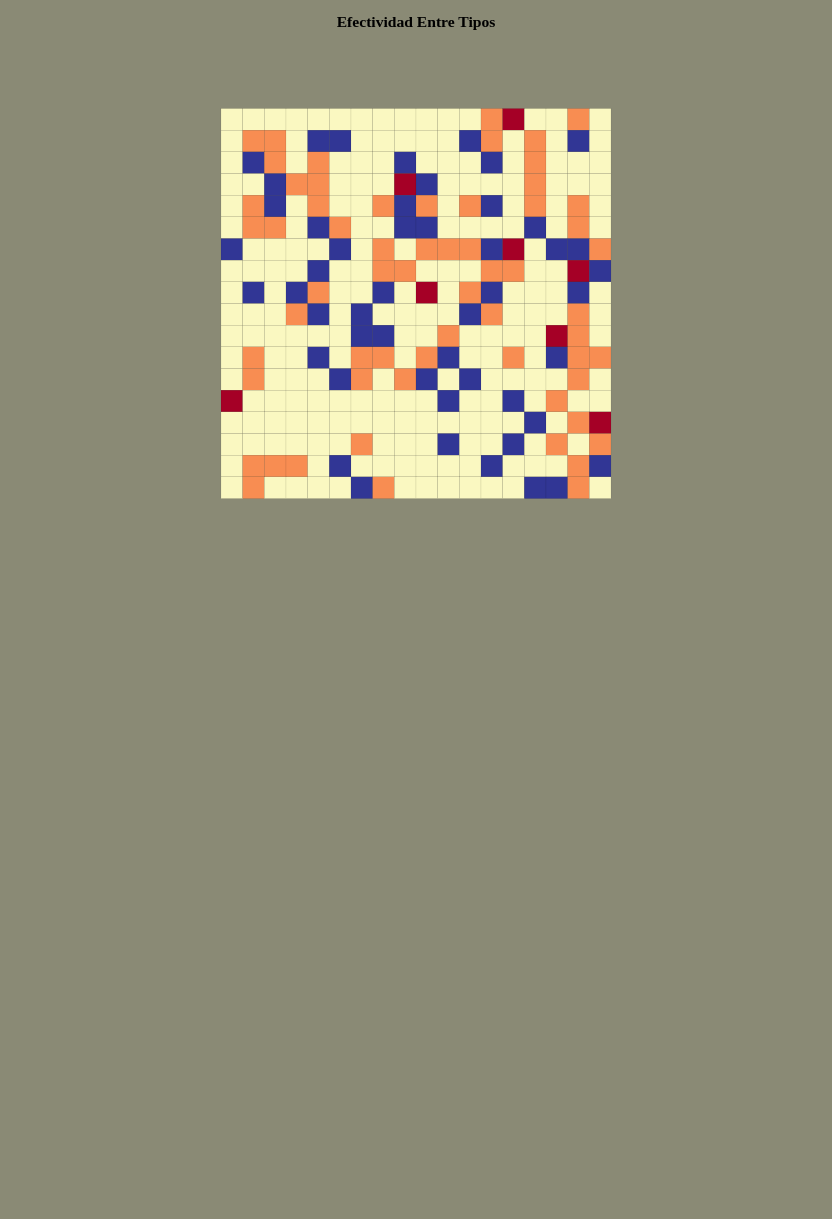
Repository: Cartterr/Proyecto-VisInfo
Page: Propuesta3_Mapa_Calor.html
These files come from the project's save history. The page is drawn as it stood at one moment and after the next save; the edit follows.
The browser window is 1280 px wide. The pictures show the whole page, at 65% of full size.

Above is the page before, as saved 2023-06-28 05:11:36.
Console error: ReferenceError: formattedData is not defined

After the next save:
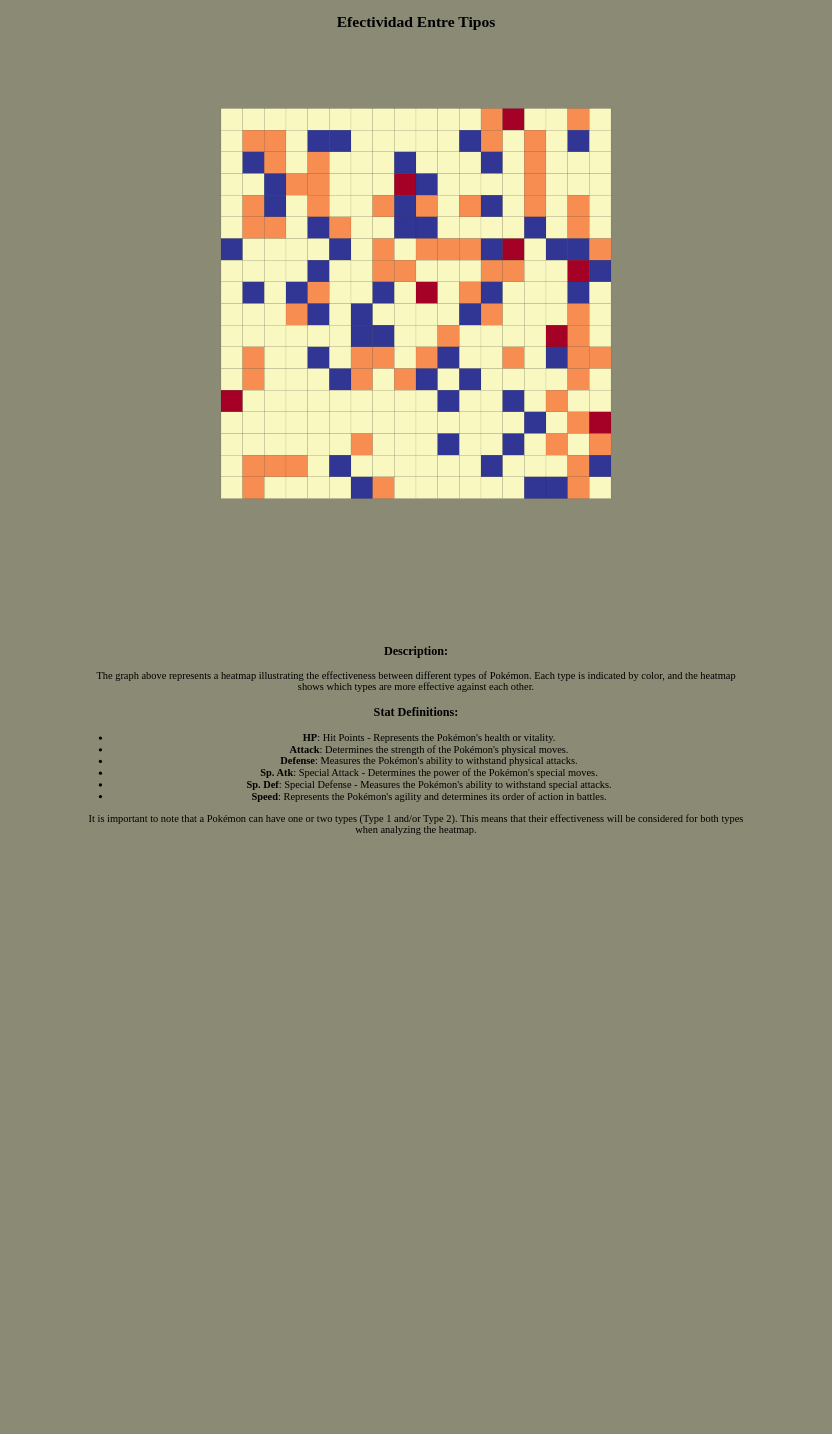
Saved 68 s later.
--- a/Propuesta3_Mapa_Calor.html
+++ b/Propuesta3_Mapa_Calor.html
@@ -17,5 +17,22 @@
             </div>
         </div>
         <script src="Propuesta3_Mapa_Calor.js"></script>
+
+        <div id="description">
+            <h3>Description:</h3>
+            <p>The graph above represents a heatmap illustrating the effectiveness between different types of Pokémon. Each type is indicated by color, and the heatmap shows which types are more effective against each other.</p>
+
+            <h3>Stat Definitions:</h3>
+            <ul>
+                <li><strong>HP</strong>: Hit Points - Represents the Pokémon's health or vitality.</li>
+                <li><strong>Attack</strong>: Determines the strength of the Pokémon's physical moves.</li>
+                <li><strong>Defense</strong>: Measures the Pokémon's ability to withstand physical attacks.</li>
+                <li><strong>Sp. Atk</strong>: Special Attack - Determines the power of the Pokémon's special moves.</li>
+                <li><strong>Sp. Def</strong>: Special Defense - Measures the Pokémon's ability to withstand special attacks.</li>
+                <li><strong>Speed</strong>: Represents the Pokémon's agility and determines its order of action in battles.</li>
+            </ul>
+
+            <p>It is important to note that a Pokémon can have one or two types (Type 1 and/or Type 2). This means that their effectiveness will be considered for both types when analyzing the heatmap.</p>
+        </div>
     </body>
 </html>
